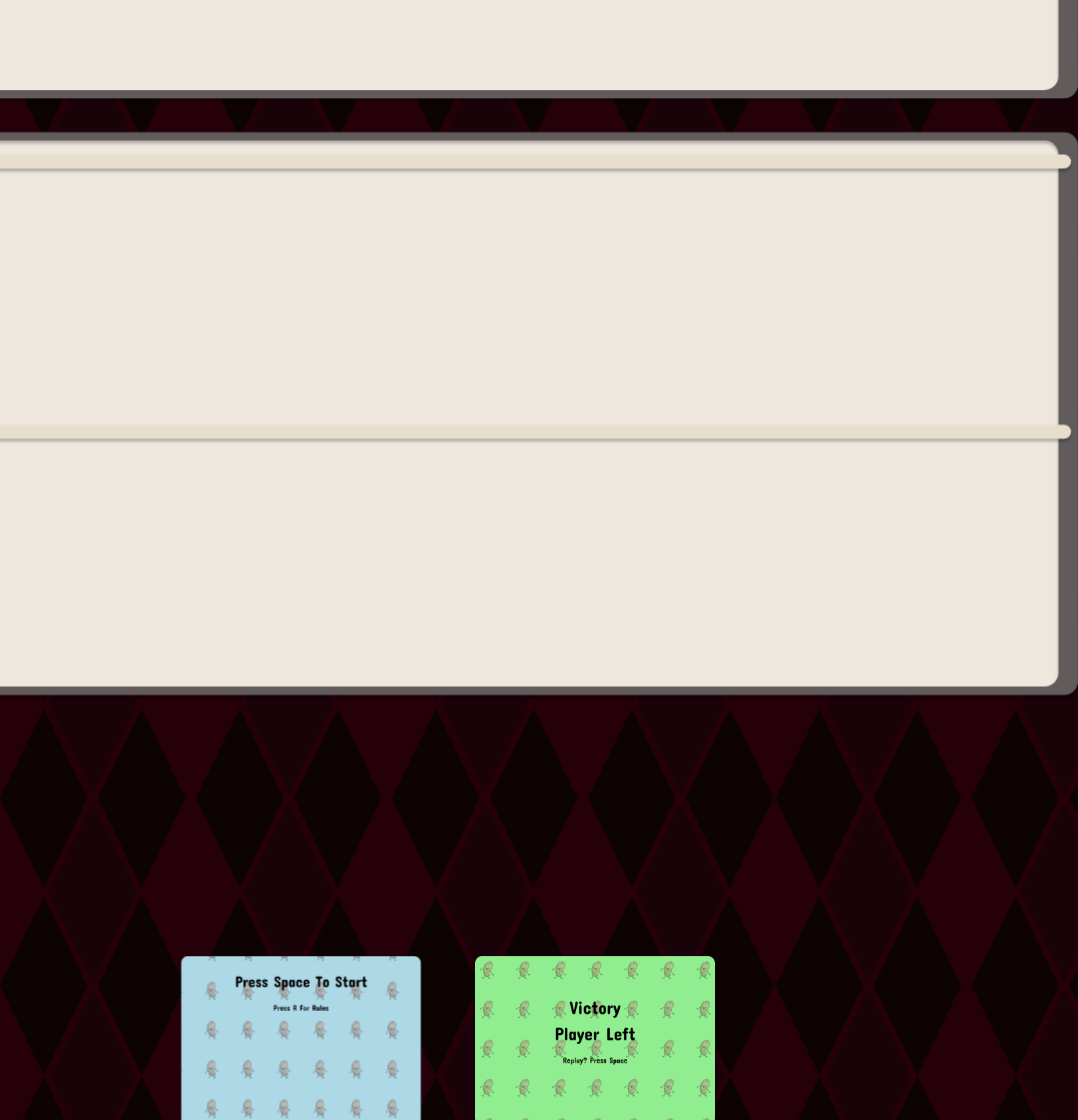
Repository: EMP-ChristinaC/Portfolio
Page: projects/potato-shuffle/potato.html
These files come from the project's save history. The page is drawn as it stood at one moment and after a run of saves; the edit follows.
The browser window is 1280 px wide. The page is 1540 px wide, so the pictures cover 1540 px, including what lies to the right of the window. The pictures show the part of the page from y = 1659 to 3259 px (the page is 6194 px tall), at 70% of full size.
Some web fonts or font styles are not loaded; a fallback is used.

Above is the page before, as saved 2024-12-08 19:52:28.

After the next 4 saves:
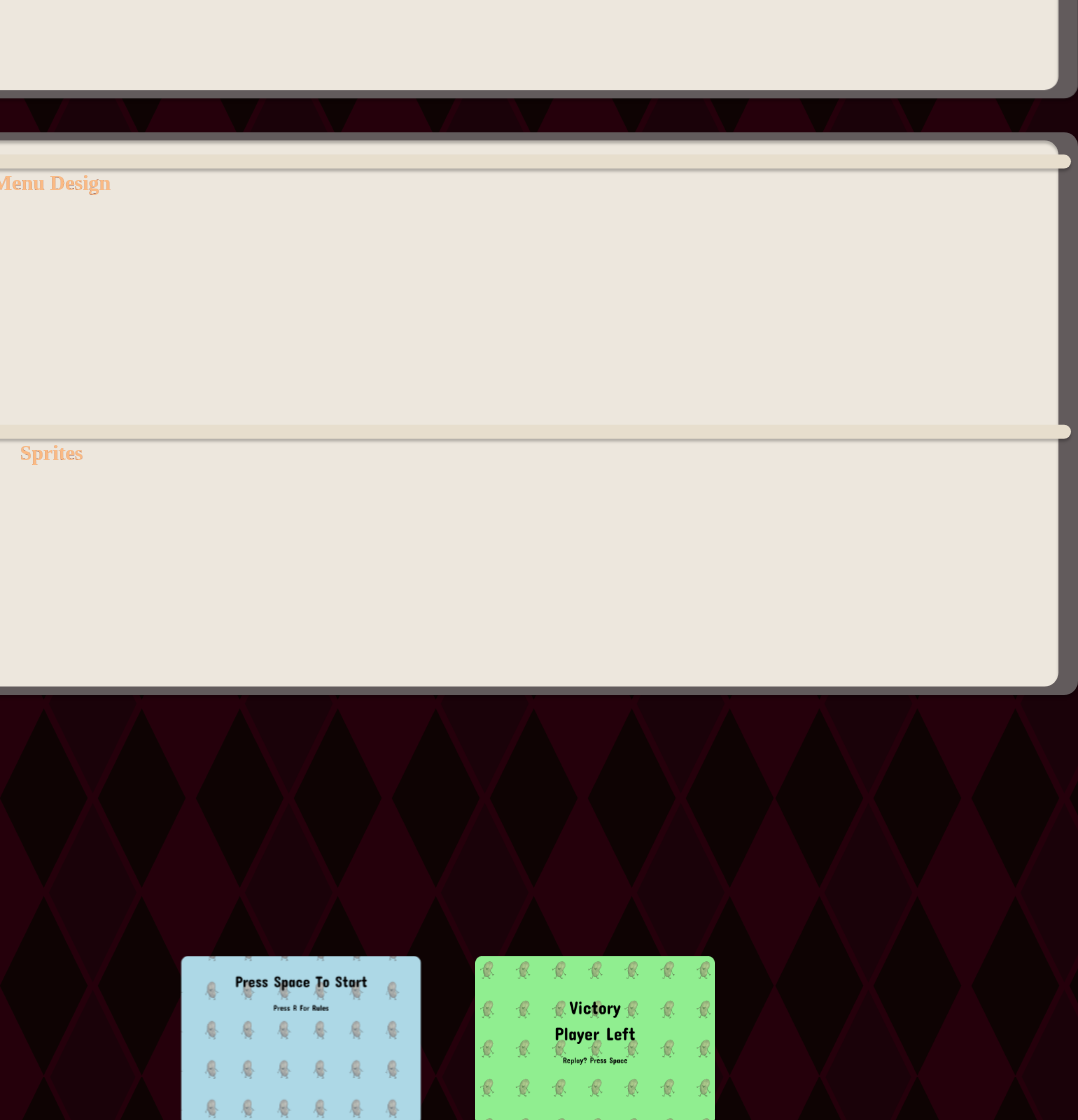
The 4 saves are shown as one change because they came seconds apart.
The last was saved 13 s later.
--- a/projects/potato-shuffle/potato.css
+++ b/projects/potato-shuffle/potato.css
@@ -325,7 +325,7 @@
     z-index: 1;
     position: absolute;
     top: 20%;
-    left: -30%;
+    left: -10%;
     font-size: 15px;
 }
 
